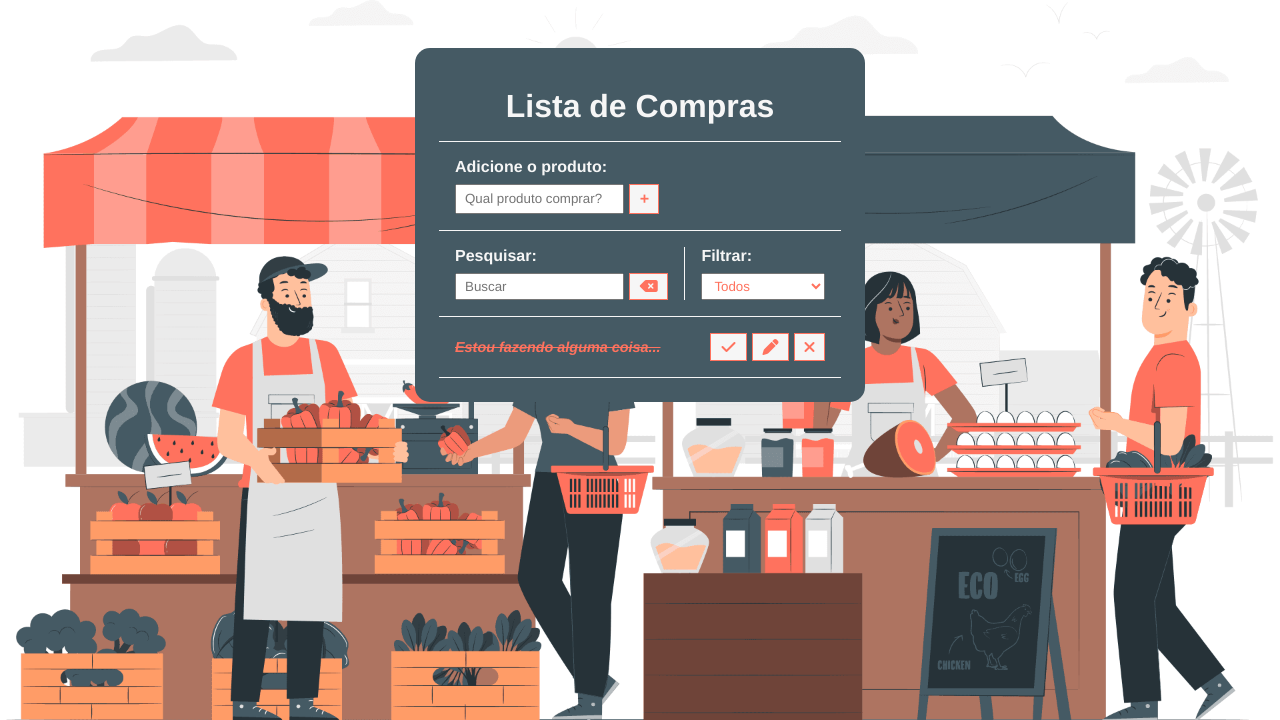
Repository: Dkrvalho/mercado
Page: index.html
The author's editor kept a copy of each file at every save. The page is drawn from the files as they stood at one save, then again after the next save.
The browser window is 1280 px wide. The pictures show the whole page.

Above is the page before, as saved 2023-01-09 15:41:50.

After the next save:
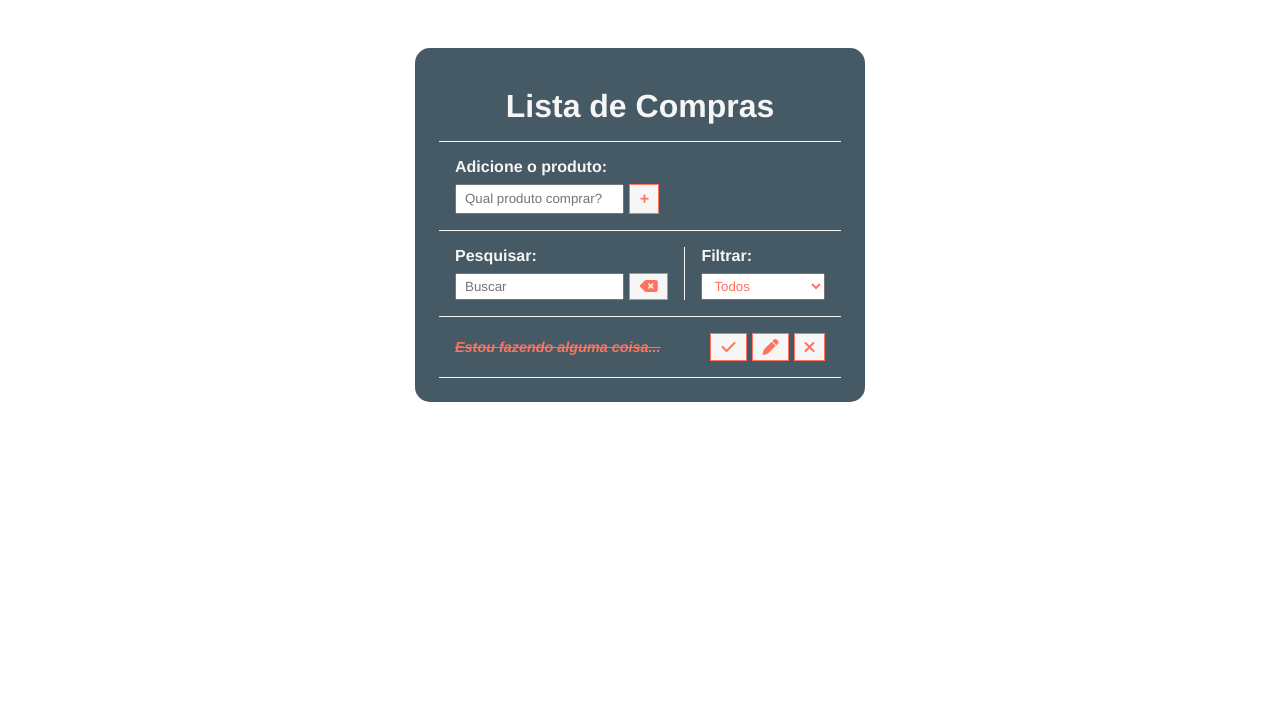
Saved 4 min 54 s later.
--- a/css/style.css
+++ b/css/style.css
@@ -8,7 +8,7 @@
 }
 
 html {
-    background: url(../img/fundo.png) no-repeat center center fixed;
+    background: url(../img/fundo.png) no-repeat center center fixed .5;
     -webkit-background-size: cover;
     -moz-background-size: cover;
     -o-background-size: cover;

After the 6 saves that followed:
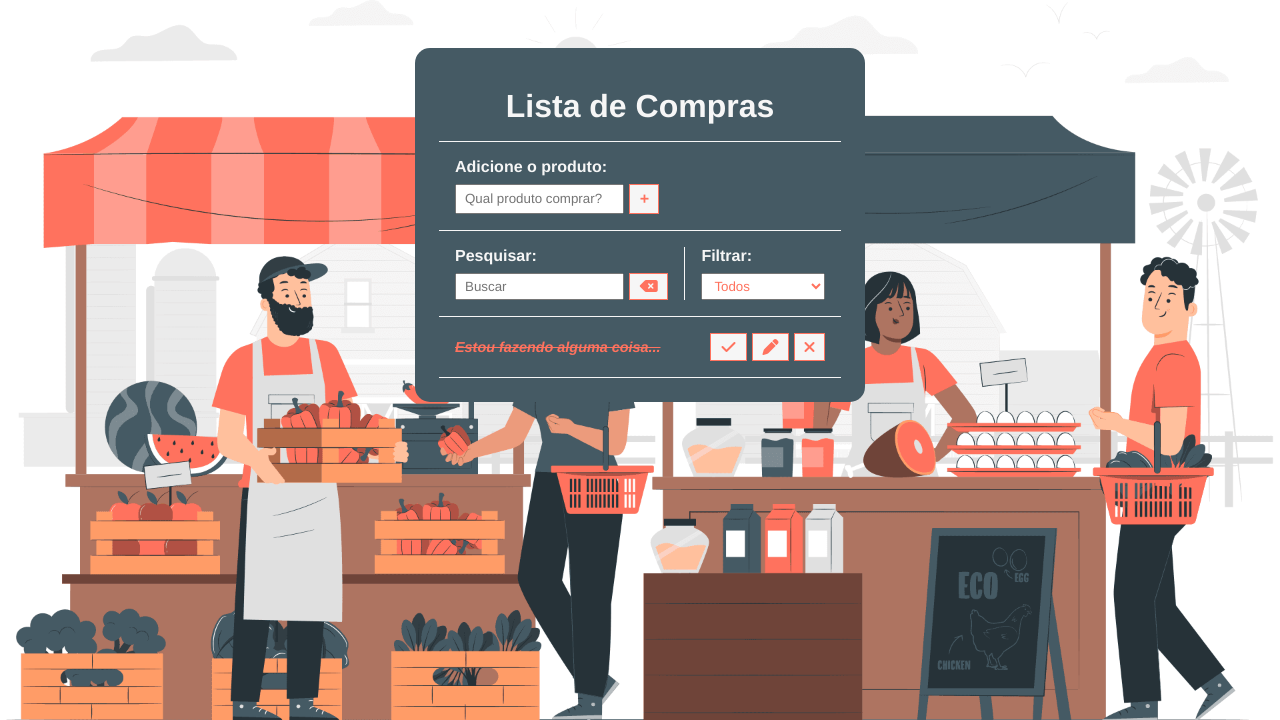
The 6 saves are shown as one change because they came seconds apart.
The last was saved 16 s later.
--- a/css/style.css
+++ b/css/style.css
@@ -8,7 +8,7 @@
 }
 
 html {
-    background: url(../img/fundo.png) no-repeat center center fixed .5;
+    background: url(../img/fundo.png) no-repeat center center fixed;
     -webkit-background-size: cover;
     -moz-background-size: cover;
     -o-background-size: cover;
